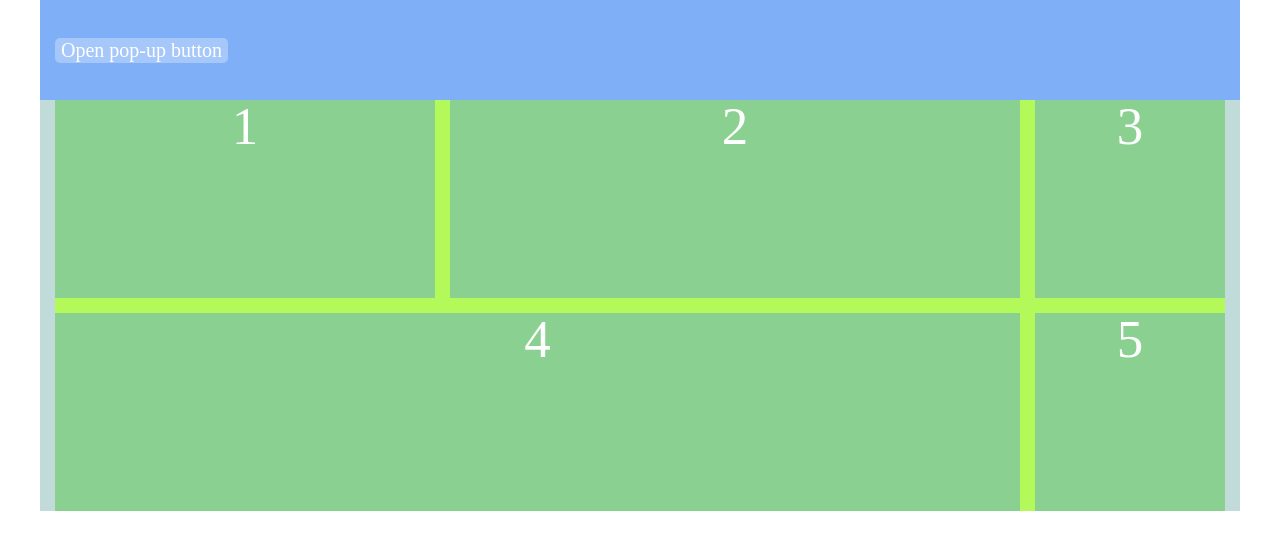
Repository: Evgenius190999999/nodasoft
Page: index.html
These files come from the project's save history. The page is drawn as it stood at one moment and after the next save; the edit follows.
The browser window is 1280 px wide. The pictures show the whole page.
Some web libraries are served in a nearby version. The style sheet was rebuilt from its Sass, Less or Tailwind sources for each picture, by a compiler version that may differ from the author's.

Above is the page before, as saved 2022-07-08 14:52:21.

After the next save:
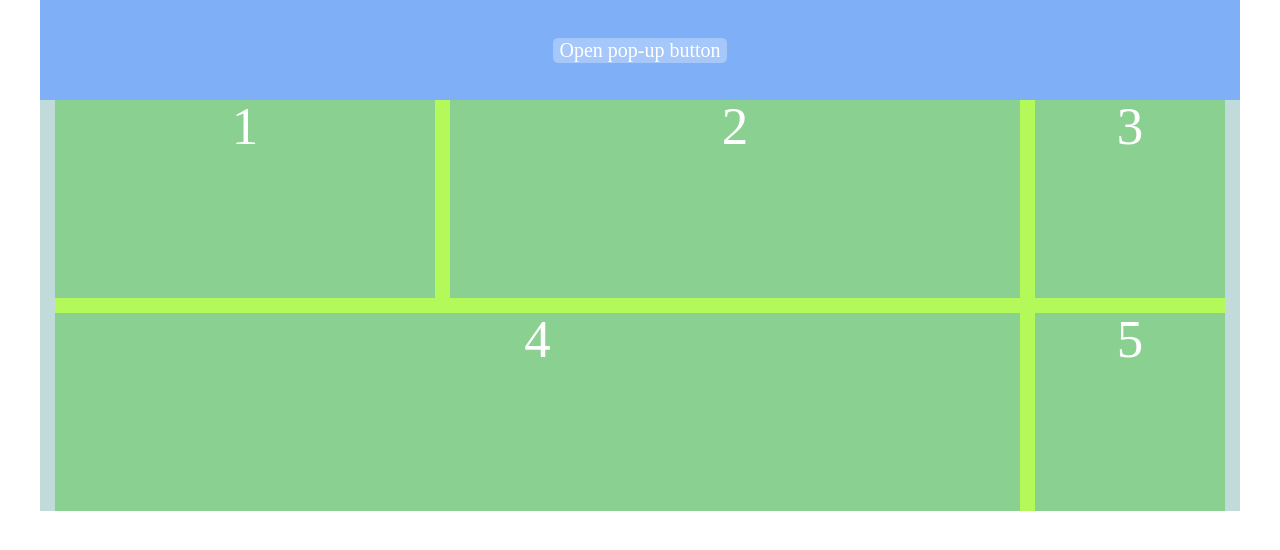
Saved 16 s later.
--- a/index.html
+++ b/index.html
@@ -15,7 +15,9 @@
 <body>
     <div class="wrapper">
         <header class="header">
-            <button class="open__popup">Open pop-up button</button>
+            <div class="container">
+                <button class="open__popup">Open pop-up button</button>
+            </div>
         </header>
         <div class="parent container">
             <div class="div1">1</div>
